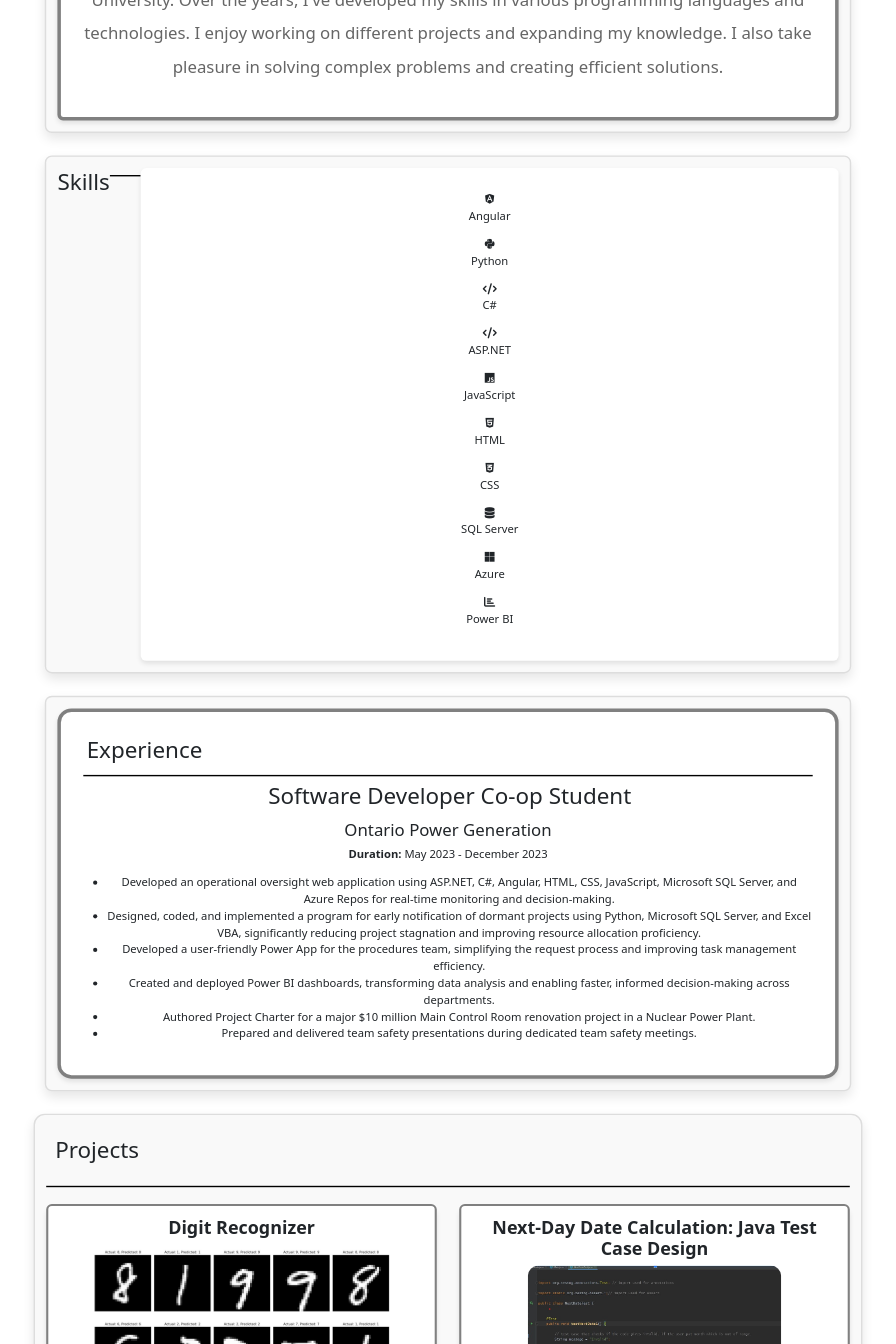
Repository: AkshatKapo/My-Portfolio
Page: /
An editor plug-in stored every save of this project. The page is shown before and after the next save, followed by the edit.
The browser window is 1280 px wide. The pictures show the part of the page from y = 750 to 2670 px (the page is 3622 px tall before and 3126 px after), at 70% of full size.
The project was rebuilt for these pictures with package versions that can differ from the ones it lists, and the page was loaded fresh each time. Also part of the build but not shown: vite.config.js.

Above is the page before, as saved 2024-06-15 16:26:17.

After the next save:
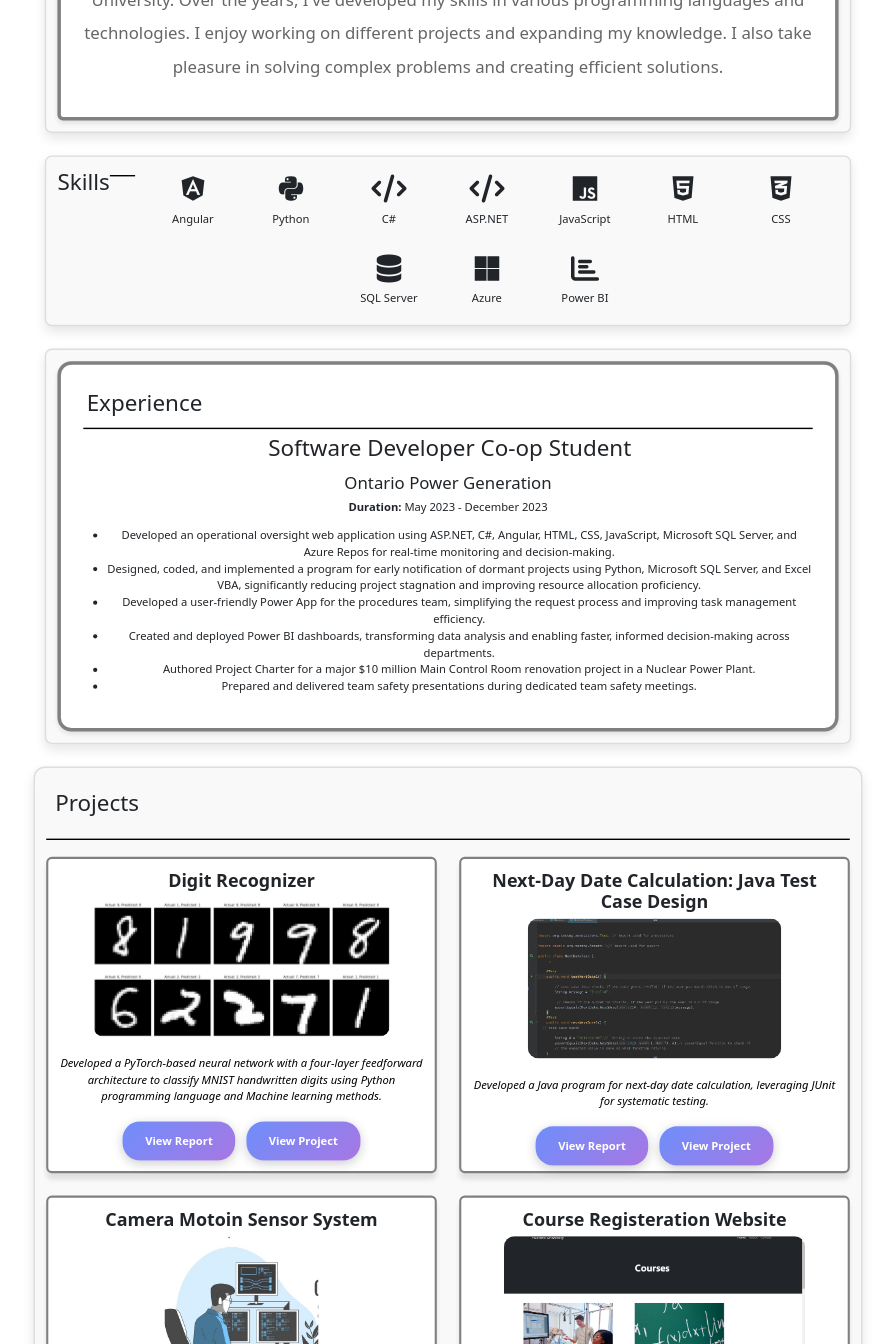
Saved 35 s later.
--- a/src/components/skill.css
+++ b/src/components/skill.css
@@ -1,38 +1,42 @@
 .skills-content {
-    padding: 1rem;
+  padding: 1rem;
+  display: flex;
+  background-color: #f9f9f9;
+  border: 2px solid #ddd; /* Light border */
+  border-radius: 10px; /* Rounded corners */
+  box-shadow: 0 8px 16px rgba(0, 0, 0, 0.1); /* Shadow for depth */
+  margin: 2rem; /* Margin to ensure it doesn’t touch the edges of the container */
+
+  }
+
+  .skills-list {
     display: flex;
-    background-color: #f9f9f9;
-    border: 2px solid #ddd;
-    /* Light border */
-    border-radius: 10px;
-    /* Rounded corners */
-    box-shadow: 0 8px 16px rgba(0, 0, 0, 0.1);
-    /* Shadow for depth */
-    margin: 2rem;
-    /* Margin to ensure it doesn’t touch the edges of the container */
+    flex-wrap: wrap;
+    justify-content: center;
+    gap: 20px;
+  }
 
-}
+  .skill {
+    display: flex;
+    flex-direction: column;
+    align-items: center;
+    width: 100px;
+    margin: 10px;
+  }
 
-.skills-list {
-    display: table-column;
-    justify-content: space-between;
-    width: 100%;
-    max-width: 1200px;
-    /* Adjust the max-width as needed */
-    background: #fff;
-    /* Background for the content */
-    padding: 2rem;
-    /* Padding around the content */
-    box-shadow: 0 4px 8px rgba(0, 0, 0, 0.1);
-    /* Shadow for styling */
-    border-radius: 8px;
-    /* Rounded corners */
-}
+  .skill i {
+    font-size: 40px;
+    margin-bottom: 10px;
+  }
 
+  .skill p {
+    font-size: 16px;
+    margin: 0;
+  }
 
-.separator {
+  .separator {
     height: 2px;
     width: 50px;
     background-color: #000;
     margin: 10px auto 20px;
-}
+  }
